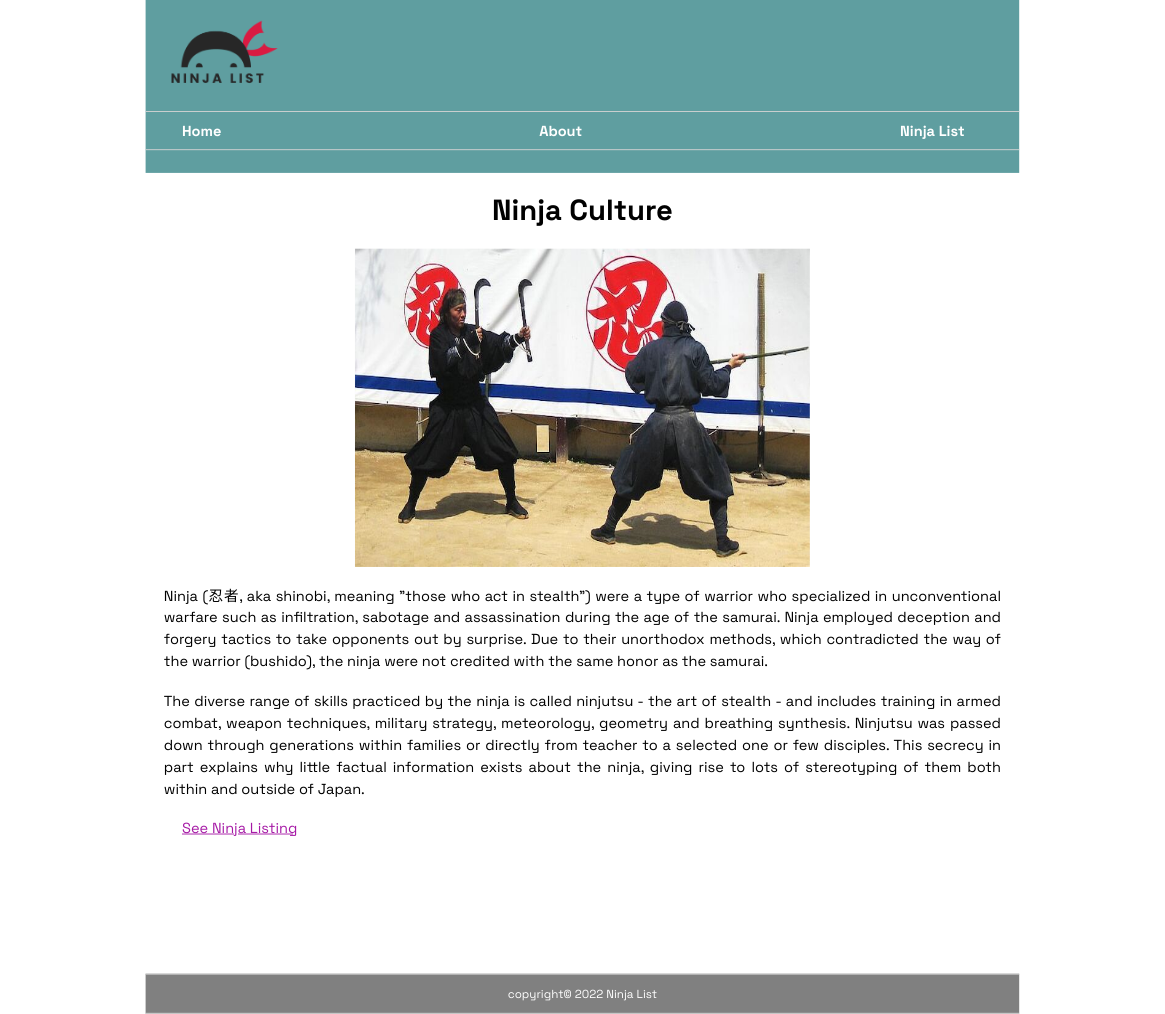
Repository: SaadYasin/ninja-list-next-training
Page: /
These files come from the project's save history. The page is drawn as it stood at one moment and after the next save; the edit follows.
The browser window is 1280 px wide. The pictures show the whole page, at 91% of full size.
The project was rebuilt for these pictures with package versions that can differ from the ones it lists, and the page was loaded fresh each time. The framework's server and built-in components were replaced by stand-ins that run in the browser. Also part of the build but not shown: next.config.js.

Above is the page before, as saved 2022-10-15 23:39:26.

### pages/index.js
import Head from 'next/head'
import Image from 'next/image'
import Link from 'next/link';
import styles from '../styles/Home.module.css'

export default function Home() {
  return (
    <div className={styles.mainContainer}>
      <Head>
        <title>NINJA List | Home</title>
        <meta property="og:title" content="Ninja list" key="ninja list" />
      </Head>

      <h1 className={styles.heading}>Ninja Culture</h1>

      <div className={styles.image}>
        <Image src="/ninja01.jpg" width={500} height={350} alt=""></Image>
      </div>

      <p className={styles.textBody}>
        Ninja (忍者, aka shinobi, meaning &quot;those who act in stealth&quot;)
        were a type of warrior who specialized in unconventional warfare such as
        infiltration, sabotage and assassination during the age of the samurai.
        Ninja employed deception and forgery tactics to take opponents out by
        surprise. Due to their unorthodox methods, which contradicted the way of
        the warrior (bushido), the ninja were not credited with the same honor
        as the samurai.
      </p>
      <p className={styles.textBody}>
        The diverse range of skills practiced by the ninja is called ninjutsu -
        the art of stealth - and includes training in armed combat, weapon
        techniques, military strategy, meteorology, geometry and breathing
        synthesis. Ninjutsu was passed down through generations within families
        or directly from teacher to a selected one or few disciples. This
        secrecy in part explains why little factual information exists about the
        ninja, giving rise to lots of stereotyping of them both within and
        outside of Japan.
      </p>
      <Link href="/ninjas">
        <a className={styles.btn}>See Ninja Listing</a>
      </Link>
    </div>
  );
}

### components/Layout.js
import Footer from "./Footer"
import Navbar from "./Navbar"

const Layout = ({ children }) => {
  return (
    <div className="container">
      <Navbar />
      {children}
      <Footer />
    </div>
  );
};

export default Layout;

### styles/globals.css
@import url('https://fonts.googleapis.com/css2?family=Space+Grotesk:wght@300;400;500;600;700&display=swap');

* {
  box-sizing: border-box;
}

html,
body {
  padding: 0;
  margin: 0;
  font-family: 'Space Grotesk', sans-serif;
}

.container {
  max-width: 960px;
  margin: 0 auto;

}

/* .footer {
  font-size: 0.8rem;
  text-align: center;
  color: white;
  margin-top: 150px;
  border-top: 1px solid lightgrey;
  border-bottom: 1px solid lightgrey;
  background: gray;
} */

/* .header {
  background: cadetblue;
  height: 190px;
}

.logo {
  padding: 20px;
}

.navbar {
  display: flex;
  justify-content: space-between;
  padding: 10px 40px;
  border-top: 1px solid lightgray;
  border-bottom: 1px solid lightgray;
}

.linkItem {
  font-size: 1rem;
  font-weight: bold;
  margin-right: 20px;
} */

@media (prefers-color-scheme: dark) {
  html {
    color-scheme: dark;
  }
  body {
    color: black;
    background: rgb(173, 190, 222);
  }
}

### styles/Home.module.css
.heading {
  text-align: center;
}

.textBody {
  text-align: justify;
  margin: 20px;
  line-height: 1.5;
}

.mainContainer a {
  margin-left: 40px;
  color: rgb(166, 26, 166);
  text-decoration: underline;
}

.image {
display: flex;
justify-content: center;
}

.btn {

}

### components/Footer.js
import styles from '../styles/Footer.module.css';

const Footer = () => {
  return (
    <footer className={styles.footer}>
      <p>copyright&copy; 2022 Ninja List</p>
    </footer>
  );
};

export default Footer;

### components/Navbar.js
import Image from 'next/image';
import Link from "next/link";
import styles from '../styles/Navbar.module.css';

const Navbar = () => {
  return (
    <nav className={styles.header}>
      <div className={styles.logo}>
        <Image src="/ninja-logo.png" width={128} height={77} alt="" />
      </div>

      <div className={styles.navbar}>
      <Link href="/">
        <a className={styles.linkItem}>Home</a>
      </Link>

      <Link href="/about">
        <a className={styles.linkItem}>About</a>
      </Link>

      <Link href="/ninjas">
        <a className={styles.linkItem}>Ninja List</a>
      </Link>
      </div>

    </nav>
  );
};

export default Navbar;

### styles/Footer.module.css
.footer {
  font-size: 0.8rem;
  text-align: center;
  color: white;
  margin-top: 150px;
  border-top: 1px solid lightgrey;
  border-bottom: 1px solid lightgrey;
  background: gray;
}

### styles/Navbar.module.css
.header {
  background: cadetblue;
  height: 190px;
}

.logo {
  padding: 20px;
}

.navbar {
  display: flex;
  justify-content: space-between;
  padding: 10px 40px;
  border-top: 1px solid lightgray;
  border-bottom: 1px solid lightgray;
}

.linkItem {
  font-size: 1rem;
  color: white;
  font-weight: bold;
  text-decoration: none;
  margin-right: 20px;
}

Loaded but not shown: pages/_app.js (common file)

After the next save:
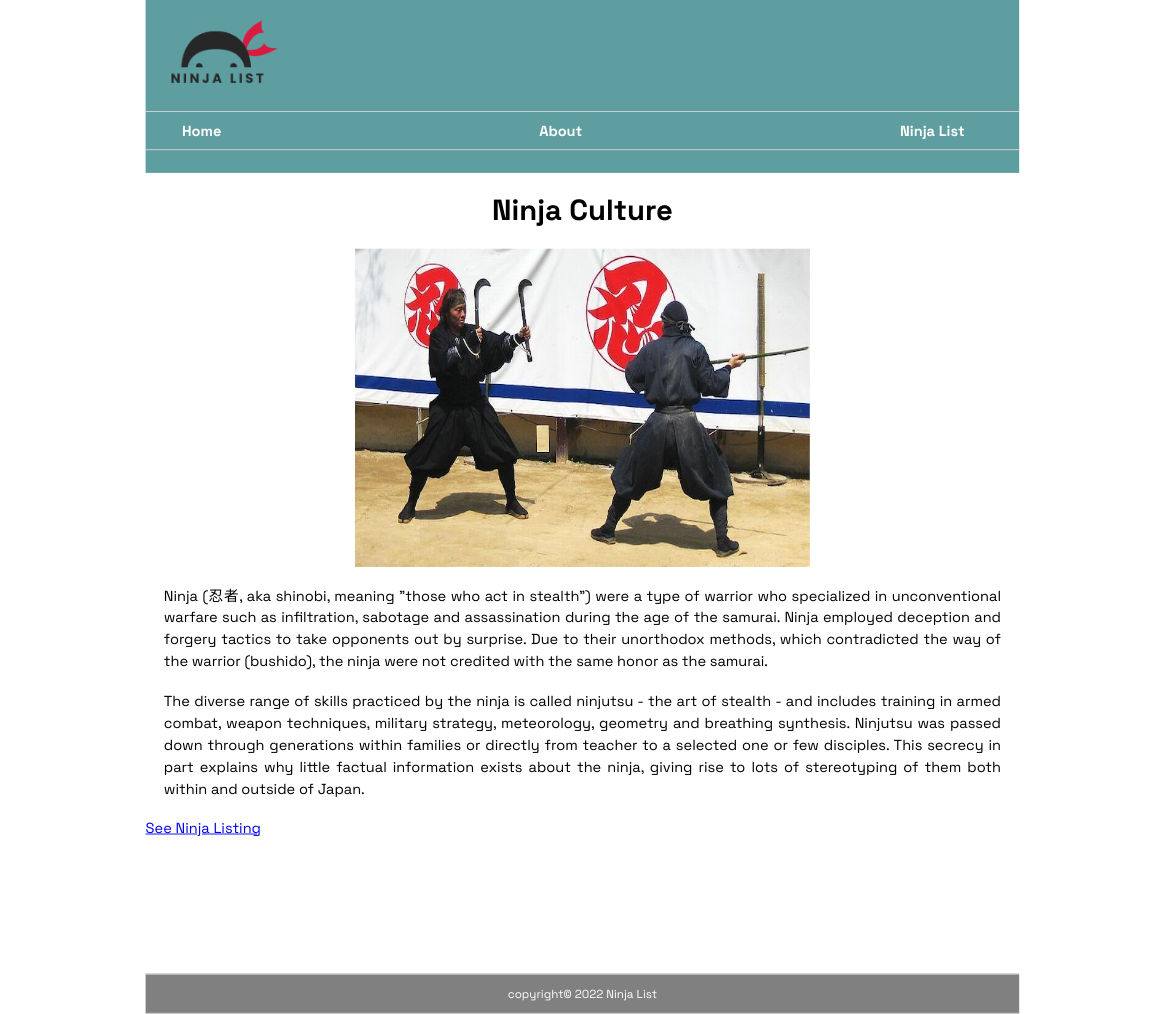
Saved 82 s later.
--- a/styles/Home.module.css
+++ b/styles/Home.module.css
@@ -8,12 +8,6 @@
   line-height: 1.5;
 }
 
-.mainContainer a {
-  margin-left: 40px;
-  color: rgb(166, 26, 166);
-  text-decoration: underline;
-}
-
 .image {
 display: flex;
 justify-content: center;
